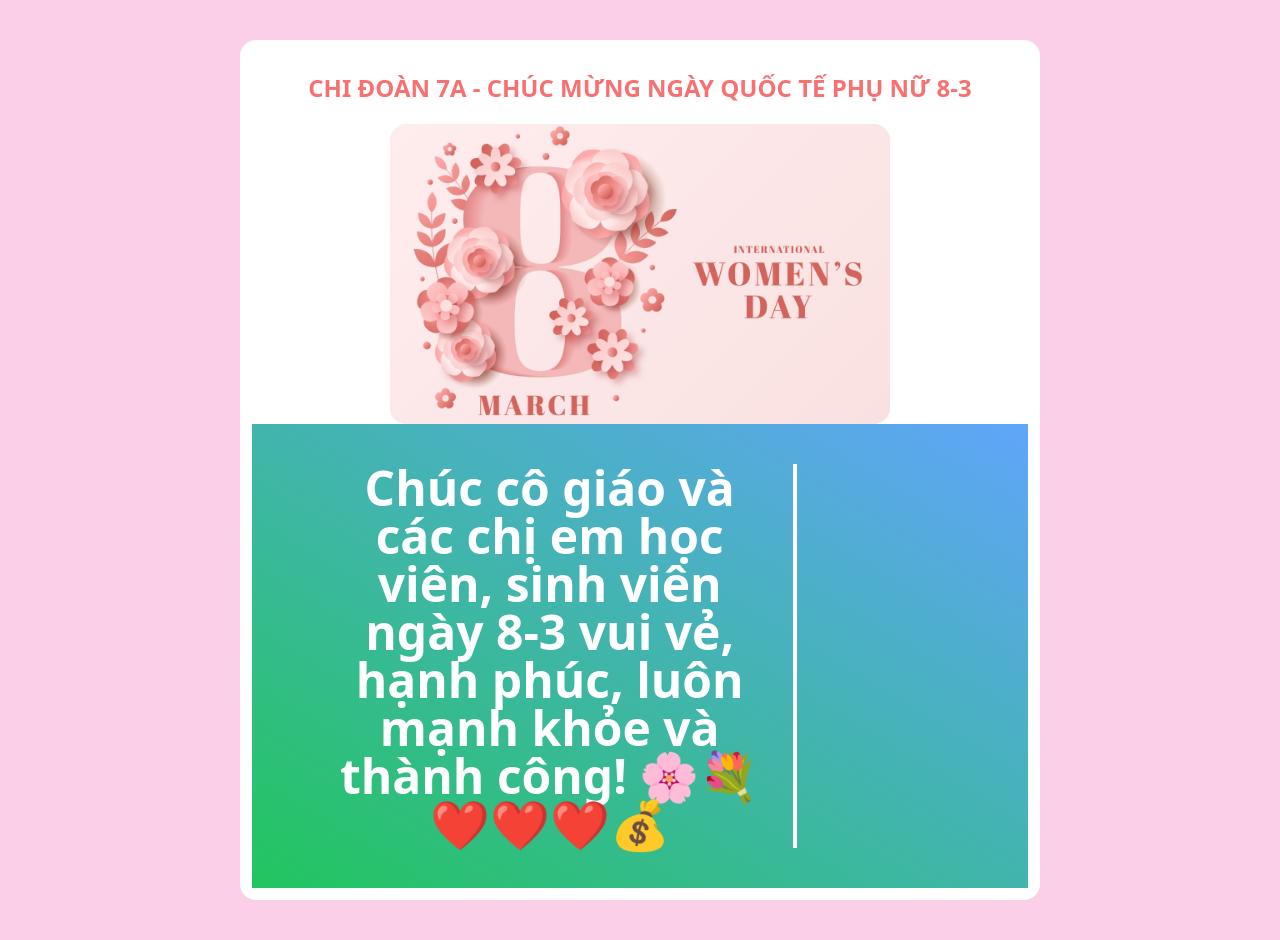
Repository: hoang0508/web-837A
Page: /
These files come from the project's save history. The page is drawn as it stood at one moment and after the next save; the edit follows.
The browser window is 1280 px wide. The pictures show the whole page.
Some web fonts or font styles are not loaded; a fallback is used. The project was rebuilt for these pictures with package versions that can differ from the ones it lists, and the page was loaded fresh each time. Also part of the build but not shown: vite.config.js.

Above is the page before, as saved 2025-02-28 18:56:08.

### index.html
<!DOCTYPE html>
<html lang="en">
  <head>
    <meta charset="UTF-8" />
    <link rel="icon" type="image/svg+xml" href="/vite.svg" />
    <meta name="viewport" content="width=device-width, initial-scale=1.0" />
    <link rel="preconnect" href="https://fonts.googleapis.com" />
    <link rel="preconnect" href="https://fonts.gstatic.com" crossorigin />
    <link
      href="https://fonts.googleapis.com/css2?family=Bai+Jamjuree:ital,wght@0,200;0,300;0,400;0,500;0,600;0,700;1,200;1,300;1,400;1,500;1,600;1,700&family=Montserrat:ital,wght@0,100..900;1,100..900&display=swap"
      rel="stylesheet"
    />
    <title>Vite + React</title>
  </head>
  <body>
    <div id="root"></div>
    <script type="module" src="/src/main.jsx"></script>
  </body>
</html>

### src/index.css
@import url("https://fonts.googleapis.com/css2?family=Bai+Jamjuree:ital,wght@0,200;0,300;0,400;0,500;0,600;0,700;1,200;1,300;1,400;1,500;1,600;1,700&family=Montserrat:ital,wght@0,100..900;1,100..900&display=swap");
@tailwind base;
@tailwind components;
@tailwind utilities;
/* *,
*:before,
*:after {
  box-sizing: border-box;
}

img,
picture,
svg,
video {
  display: block;
  max-width: 100%;
}
input,
select,
textarea {
  background-color: transparent;
  outline: none;
}
button {
  cursor: pointer;
  background-color: transparent;
  outline: none;
  border: 0;
}
body {
  min-height: 100vh;
  font-weight: 400;
  font-size: 16px;
  line-height: 1;
} */

### src/App.jsx
import { useState } from "react";
import reactLogo from "./assets/react.svg";
import anh83 from "./assets/anh832.png";

import "./index.css";

function App() {
  const [count, setCount] = useState(0);

  return (
    <>
      <div className="text-2xl font-bold  bg-pink-200 min-h-screen p-10">
        <div className="bg-white shadow-3xl w-[800px] p-3 my-0 mx-auto rounded-2xl">
          <h1 className="text-center text-red-400 p-5 uppercase">
            Chi đoàn 7A - CHÚC MỪNG NGÀY QUỐC TẾ PHỤ NỮ 8-3
          </h1>
          <div className="mx-auto w-[500px] h-[300px]">
            <img
              src={anh83}
              alt="##"
              className="w-full h-full object-cover rounded-2xl"
            />
          </div>
          <div className="bg-gradient-to-tr to-blue-400 from-green-500 p-10 flex justify-center items-center">
            <div className="max-w-[90%]">
              <h1 className="animate-typing border-r-4 border-r-white pr-5 text-5xl text-white font-bold break-words text-center">
                Chúc cô giáo và các chị em học viên, sinh viên ngày 8-3 vui vẻ,
                hạnh phúc, luôn mạnh khỏe và thành công! 🌸💐❤️❤️❤️💰
              </h1>
            </div>
          </div>
        </div>
      </div>
    </>
  );
}

export default App;

### tailwind.config.js
/** @type {import('tailwindcss').Config} */
export default {
  content: ["./index.html", "./src/**/*.{js,ts,jsx,tsx}"],
  theme: {
    extend: {
      keyframes: {
        typing: {
          "0%": {
            width: "0%",
            visibility: "hidden",
          },
          "100%": {
            width: "100%",
          },
        },
        blink: {
          "50%": {
            borderColor: "transparent",
          },
          "100%": {
            borderColor: "white",
          },
        },
      },
      animation: {
        typing: "typing 2s steps(20) infinite alternate, blink .7s infinite",
      },
    },
  },
  plugins: [],
};

Loaded but not shown: src/main.jsx (common file)

After the next save:
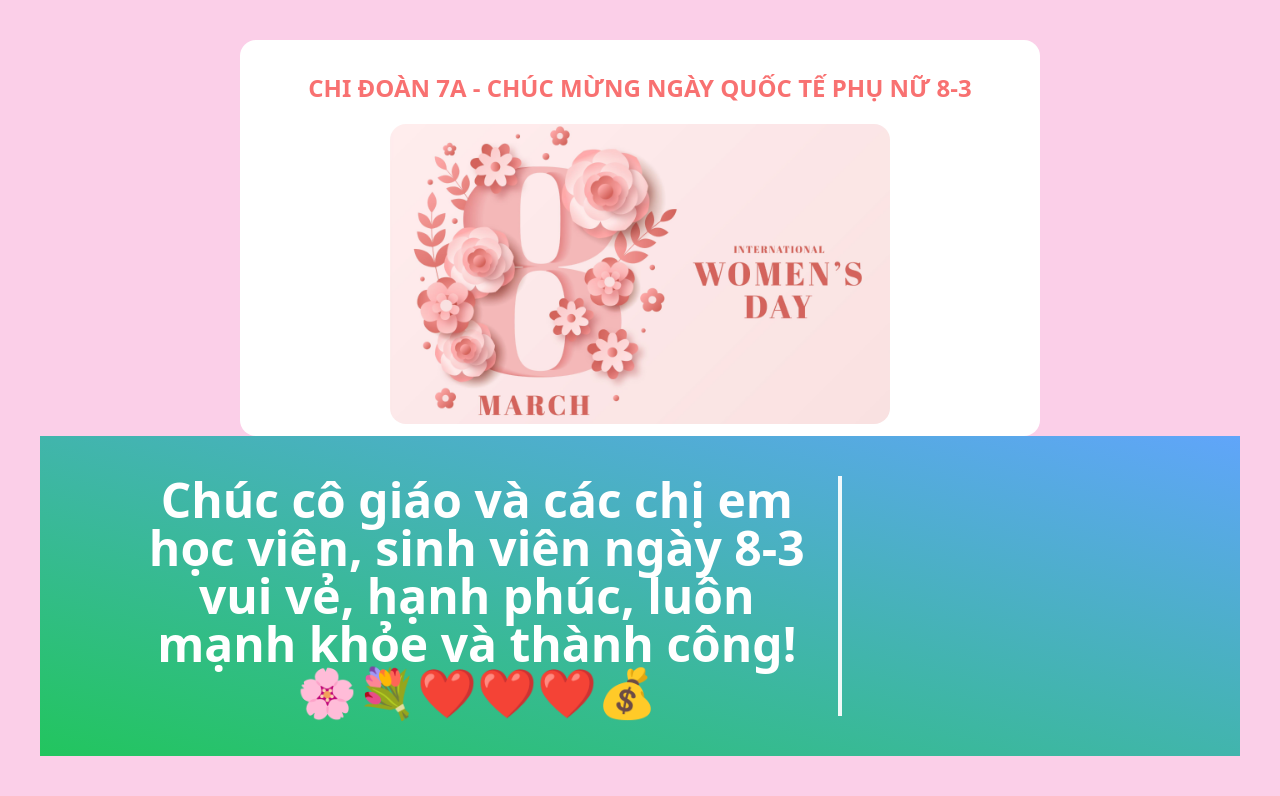
Saved 56 s later.
--- a/src/App.jsx
+++ b/src/App.jsx
@@ -21,13 +21,13 @@ function App() {
               className="w-full h-full object-cover rounded-2xl"
             />
           </div>
-          <div className="bg-gradient-to-tr to-blue-400 from-green-500 p-10 flex justify-center items-center">
-            <div className="max-w-[90%]">
-              <h1 className="animate-typing border-r-4 border-r-white pr-5 text-5xl text-white font-bold break-words text-center">
-                Chúc cô giáo và các chị em học viên, sinh viên ngày 8-3 vui vẻ,
-                hạnh phúc, luôn mạnh khỏe và thành công! 🌸💐❤️❤️❤️💰
-              </h1>
-            </div>
+        </div>
+        <div className="bg-gradient-to-tr to-blue-400 from-green-500 p-10 flex justify-center items-center">
+          <div className="max-w-[90%]">
+            <h1 className="animate-typing border-r-4 border-r-white pr-5 text-5xl text-white font-bold break-words text-center">
+              Chúc cô giáo và các chị em học viên, sinh viên ngày 8-3 vui vẻ,
+              hạnh phúc, luôn mạnh khỏe và thành công! 🌸💐❤️❤️❤️💰
+            </h1>
           </div>
         </div>
       </div>
